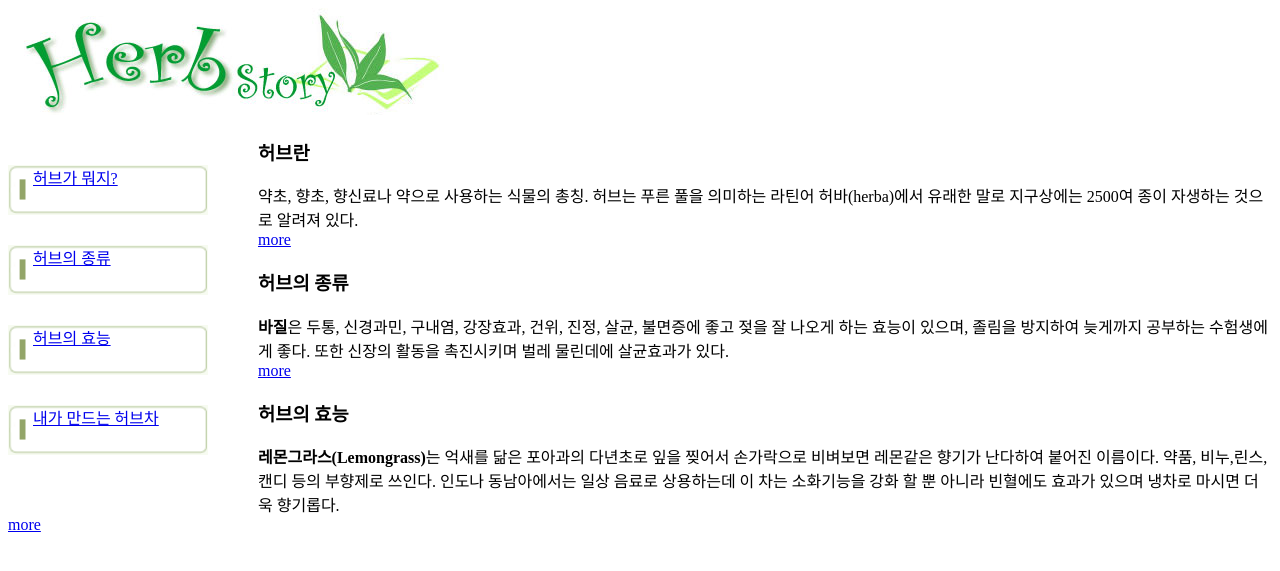
Repository: WonSeungUn/VSCODE
Page: web_work/CSS/WebContent/menu2.htm
These files come from the project's save history. The page is drawn as it stood at one moment and after the next save; the edit follows.
The browser window is 1280 px wide. The pictures show the whole page.

Above is the page before, as saved 2024-07-09 07:33:01.

After the next save:
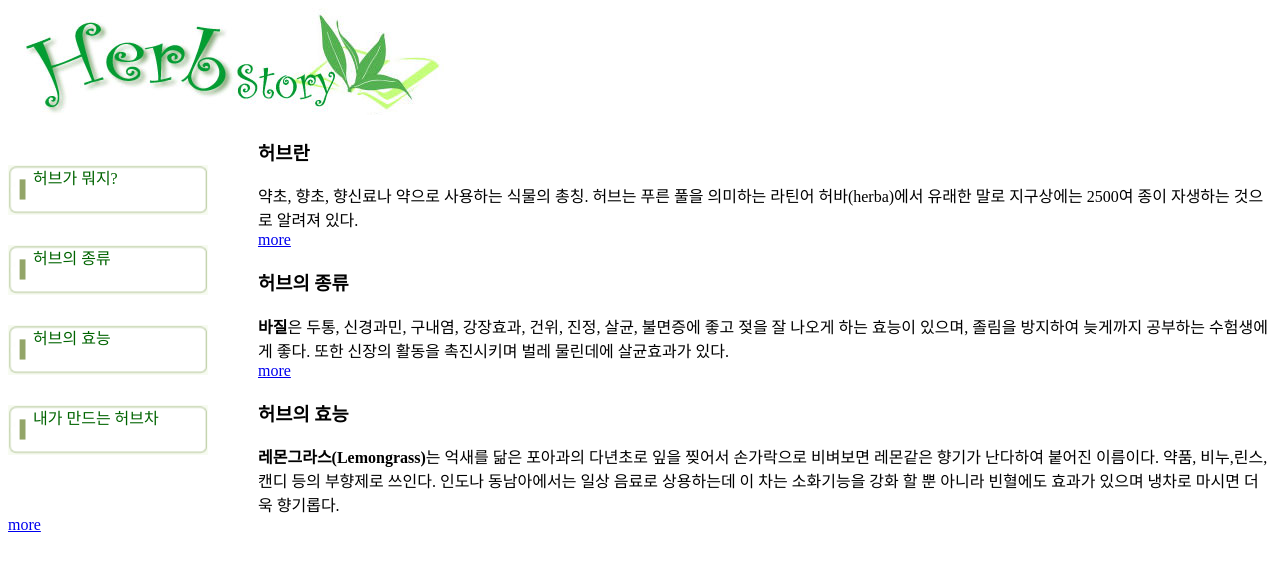
Saved 28 s later.
--- a/web_work/CSS/WebContent/menu2.htm
+++ b/web_work/CSS/WebContent/menu2.htm
@@ -25,6 +25,8 @@
 
  	#sidemenu ul li a {
  		margin : 0px 25px;
+ 		text-decoration: none;
+ 		color: darkgreen;
  	}
 
 </style>
